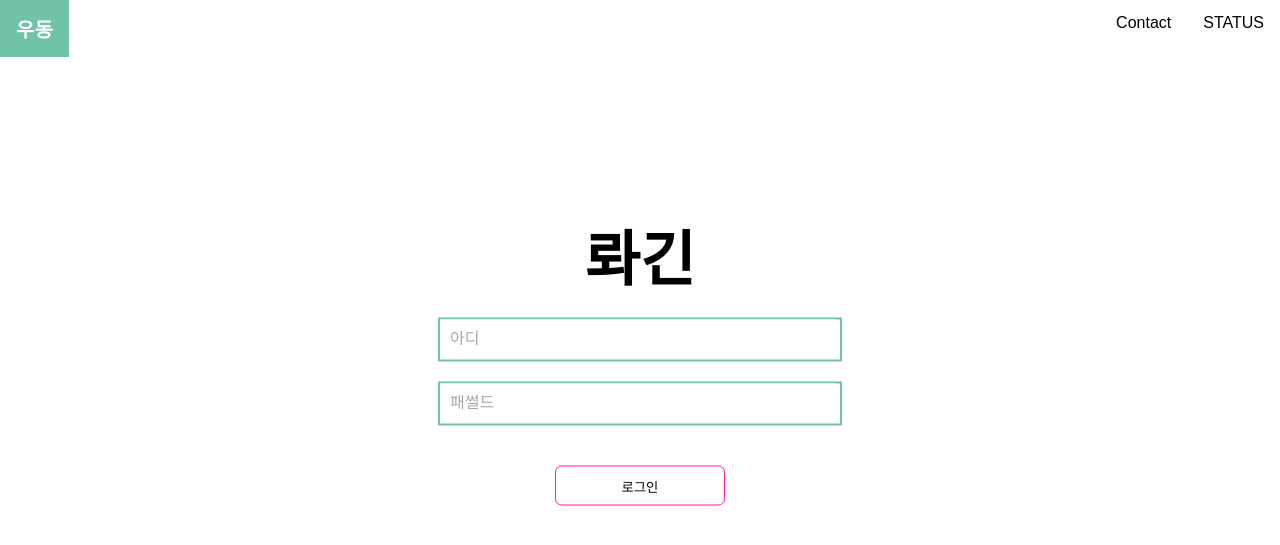
Repository: charmingjae/circles
Page: http://localhost/circles/root/login.jsp
These files come from the project's save history. The page is drawn as it stood at one moment and after the next save; the edit follows.
The browser window is 1280 px wide. The pictures show the whole page.
Some web fonts or font styles are not loaded; a fallback is used. The page is served by Tomcat 9. Other server files are loaded and not shown.

Above is the page before, as saved 2020-07-09 15:46:10.

### circles/WebContent/root/login.jsp
<%@ page language="java" contentType="text/html; charset=UTF-8"
    pageEncoding="UTF-8"%>
<!DOCTYPE html>
<html>
<head>
	<meta charset="UTF-8">
	<title>MOJUK</title>

	<!-- Link login.css -->
	<link href="../css/login.css" rel="stylesheet" type="text/css">

</head>
<body>
	<!-- include header -->
	<%@include file ="../navbar/navbar.jsp" %>

	<!--
	2020. 07. 08.
	writer : minjae
	-->
	<form action="chkInterest.jsp" class="container" method="post" name="frmInfo">
		<div class="container">
			<span id="showLogin"> 롸긴 </span>
			<div class="main">
				<input type="text" placeholder="아디">
			</div>
			<div class="main">
				<input type="text" onkeyup="inputPhoneNumber(this)" class="phoneNum" maxlength="13" placeholder="패썰드">
			</div>
			<div class="subBtn">
				<button type="submit">로그인</button>
			</div>
		</div>
	</form>

</body>
</html>

### circles/WebContent/navbar/navbar.jsp
<%@ page language="java" contentType="text/html; charset=UTF-8"
    pageEncoding="UTF-8"%>
<!DOCTYPE html>
<html>
<head>
<meta charset="UTF-8">
<title></title>

	<!-- Link navbar.css -->
	<link href="../css/navbar.css" rel="stylesheet" type="text/css">
</head>
	<%
		String getSession = (String)session.getAttribute("userID");
	%>
<body>
	<ul id="main-menu">
		<li class="headName" id="main-menu1"><a href="../root/index.jsp" class="headName">우동</a></li>
		<%
			if((getSession != null) && (getSession.isEmpty() == false)){
				%>
				<li style="float:right" id="main-menu2"><a class="active" href="../root/admPg.jsp"><%=getSession %>님 환영합니다.</a>
					<ul id="sub-menu">
						<li><a class="subAct" href="../mojuk/member.jsp">🍀동아리원🍀</a></li>
						<li><a class="subAct" href="../proc/logout.jsp">로그아웃</a></li>
					</ul>
				</li>
				<%
			}
			else{

				%>
				<li style="float:right"><a class="active" href="../root/status.jsp">STATUS</a></li>
				<%
			}
		%>
		<li style="float:right"><a class="active" href="../root/contact.jsp">Contact</a></li>
	</ul>
</body>
</html>

### circles/WebContent/css/login.css
@charset "UTF-8";


@import url(https://cdn.jsdelivr.net/gh/moonspam/NanumSquare@1.0/nanumsquare.css);

body {
    font-family: 'NanumSquare', sans-serif;
}

/* Chrome, iex, fire-fox Settings */
input:-ms-input-placeholder {color:#a8a8a8;}
input::-webkit-input-placeholder{color:#a8a8a8;}
input::-moz-placeholder{columns: #a8a8a8;}

/* Head Comment */
/* 나중에 px단위를 가변 단위로 바꿀 수 있으면 좋겠다. :-) */

html,body{
	height: 100%;
}

body{
	display:table-cell;
	margin: 0 auto;
	background-color: #ffffff;
}

/* .container{
	height: 100%;
	display: table-cell;
	vertical-align: middle;
	text-align:center;
	background-color: #ffffff;
} */

.container{
	position:absolute;
	left:50%;
	top:50%;
	transform: translate(-50%, -50%);
	vertical-align: middle;
	text-align:center;
}


/* login 관련 css */
#showLogin{
	font-size: 60px;
	font-weight: bold;
	display:block;
}


/* 학번 입력 div Settings */
div .main{
    height:40px;
    width: 400px;
    border: 2px solid #70c3a7;
    background: #ffffff;
    margin-top: 20px;
}

input{
	font-size: 16px;
	width: 375px;
	padding: 10px;
	border: 0px;
	outline: none;
	float: left;
}

option[value=""][disabled]{
	display:none;
}

select{
	font-size: 16px;
	width: 390px;
	padding: 10px;
	border: 0px;
	outline: none;
	float: left;
}



/* Button div Settings */

div .subBtn{
	display:inline-block;
    height:40px;
    width: 170px;
    background: #ffffff;
    margin-top: 40px;
   	border-radius: 0.5em;
}

button{
	width: 100%;
	height: 100%;
	border: 1px solid #ff1999;
	background: #ffffff;
	outline: none;
	float: right;
	color: black;
	border-radius: 0.5em;
}

button:hover{
	color: #ffffff;
	background: #ff1999;
}

#showEtc{
	margin-top:10px;
	display:block;
}

#showRetIndex{
	color: blue;
	margin-top:10px;
	display:block;
}

### circles/WebContent/css/navbar.css
@charset "UTF-8";

@import url(https://cdn.jsdelivr.net/gh/moonspam/NanumSquare@1.0/nanumsquare.css);

body {
    font-family: 'NanumSquare', sans-serif;
}

ul{
	width:100%;
	list-style-type: none;
	margin: 0;
	padding: 0;
	background-color: #ffffff;
	position:fixed;
}

li {
	float:none;
}

a {

  display: inline-block;
  color: black;
  text-align: center;
  padding: 14px 16px;
  text-decoration: none;
}

/* Change the link color to #111 (black) on hover */
a:hover {
  background-color: #70c3a7;
  color:#ffffff;
}

li .headName{
	font-weight: bold;
}

#sub-menu{
	position:absolute;
	opacity: 0;
	visibility: hidden;
}

#main-menu1{
	font-size: 20px;
}

#main-menu1, #main-menu2{
	float:left;
}

#main-menu2:hover #sub-menu{
	opacity:1;
	visibility:visible;
}
.subAct{
	width:130px !important;
}

After the next save:
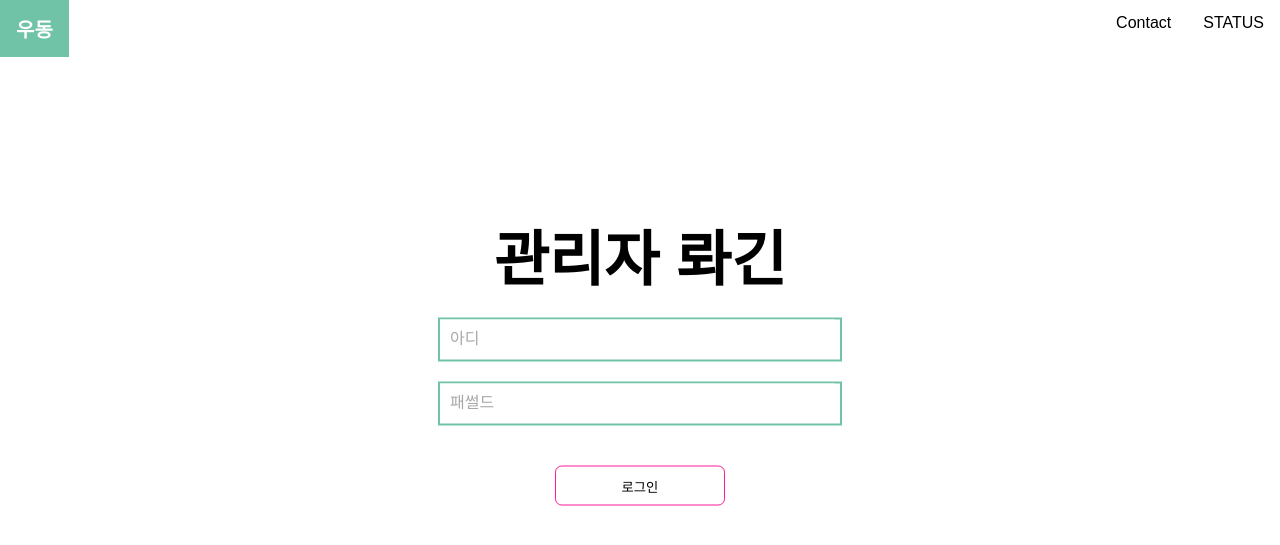
Saved 39 s later.
--- a/circles/WebContent/root/login.jsp
+++ b/circles/WebContent/root/login.jsp
@@ -20,7 +20,7 @@
 	-->
 	<form action="chkInterest.jsp" class="container" method="post" name="frmInfo">
 		<div class="container">
-			<span id="showLogin"> 롸긴 </span>
+			<span id="showLogin"> 관리자 롸긴 </span>
 			<div class="main">
 				<input type="text" placeholder="아디">
 			</div>
